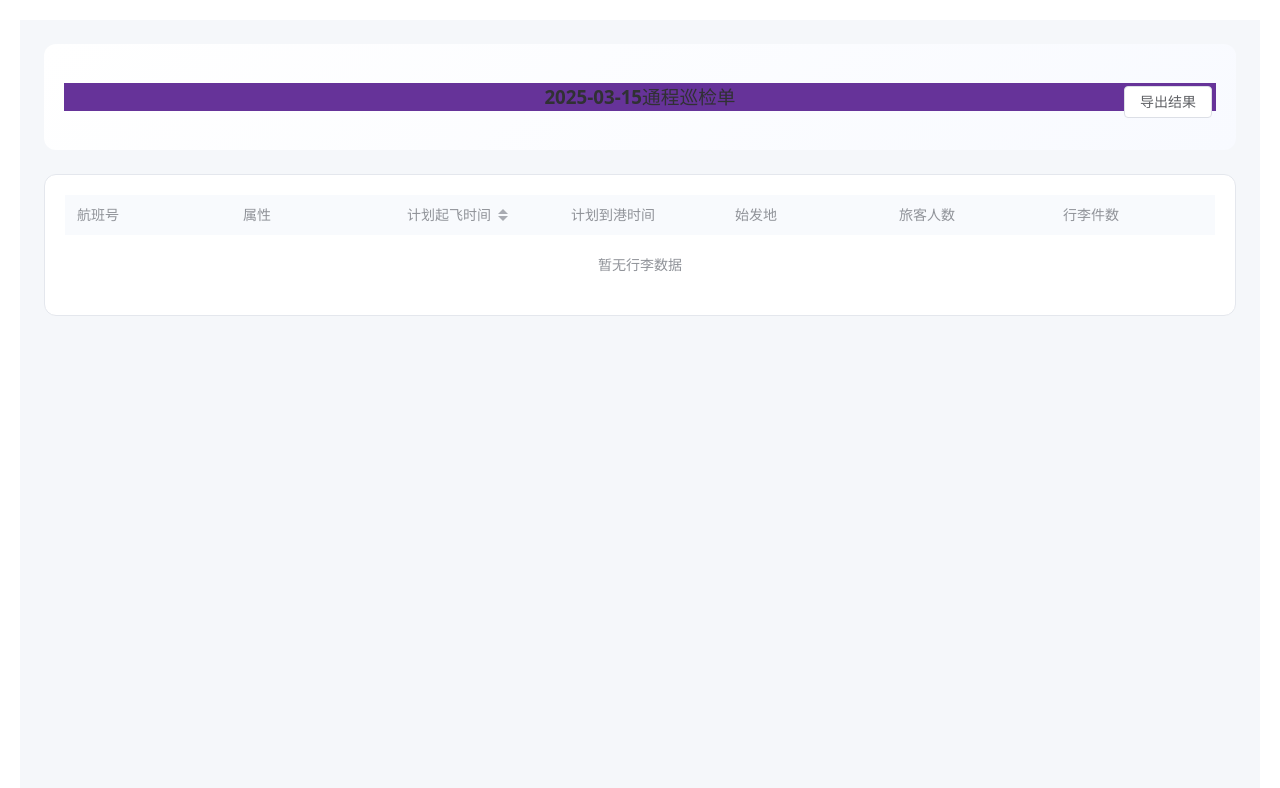
Repository: jhonMacTavish/through-baggage-info-check
Page: / (app in web/)
These files come from the project's save history. The page is drawn as it stood at one moment and after the next save; the edit follows.
The browser window is 1280 px wide. The pictures show the whole page.
The page's requests for data from a server got no answer. The project was rebuilt for these pictures with package versions that can differ from the ones it lists, and the page was loaded fresh each time. No one was signed in, and anything a server would have sent is missing. Also part of the build but not shown: web/vite.config.js, web/src/components/Header.vue.

Above is the page before, as saved 2025-03-27 14:50:40.

After the next save:
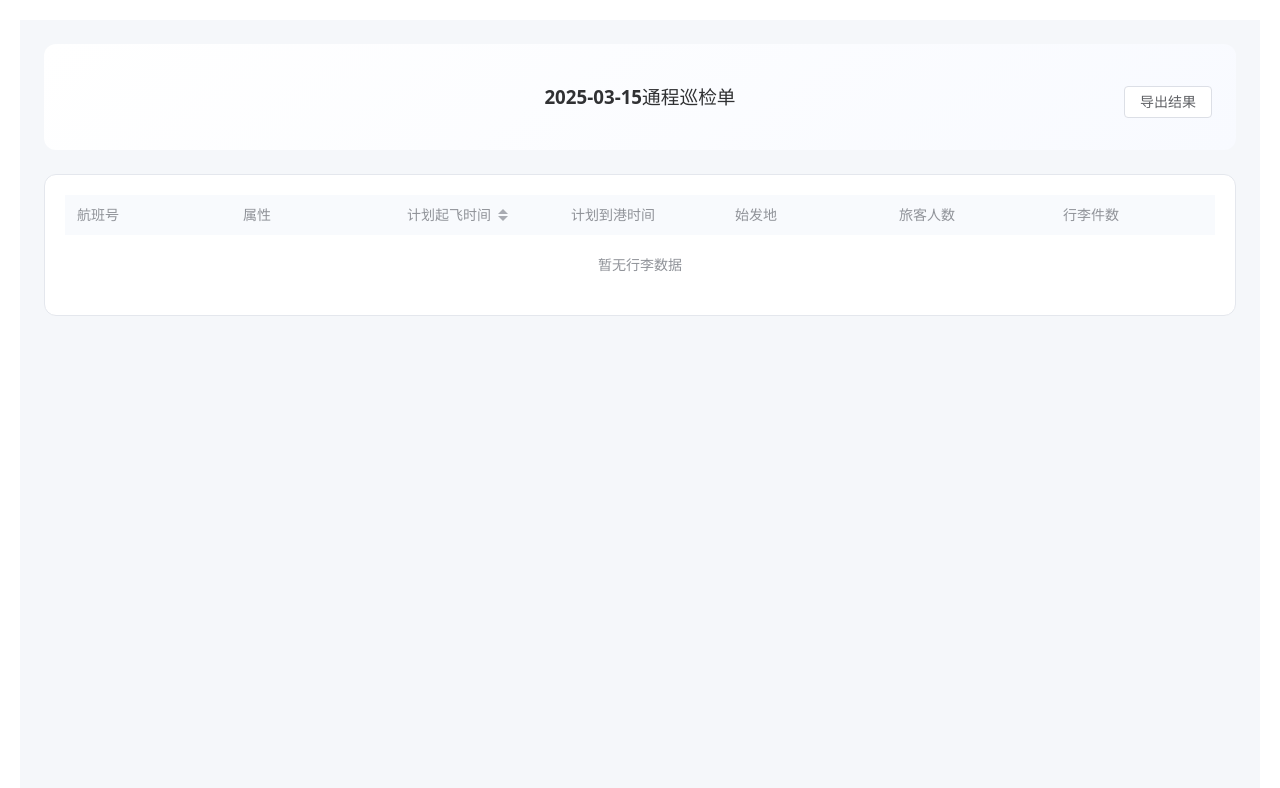
Saved 7 s later.
--- a/web/src/App.vue
+++ b/web/src/App.vue
@@ -98,7 +98,6 @@ onMounted(() => {
 
     .hader-title {
       text-align: center;
-      background-color: rebeccapurple;
     }
 
     .btn-seal {
